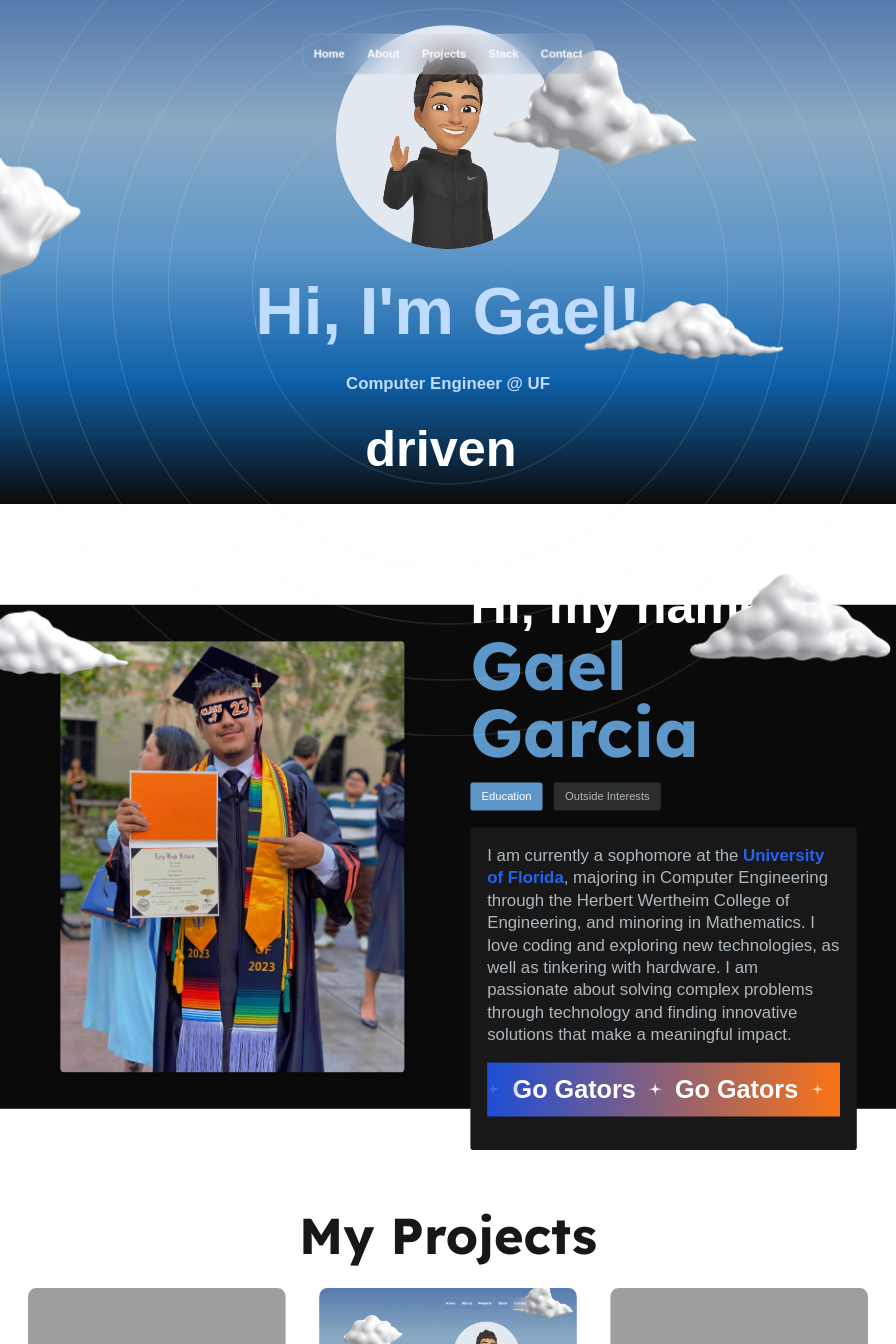
Repository: GG1627/2d-portfolio
Page: /
The author's editor kept a copy of each file at every save. The page is drawn from the files as they stood at one save, then again after the next save.
The browser window is 1280 px wide. The pictures show the part of the page from y = 0 to 1920 px (the page is 5896 px tall), at 70% of full size.
Pictures or frames that could not be fetched are drawn as grey boxes. The project was rebuilt for these pictures with package versions that can differ from the ones it lists, and the page was loaded fresh each time. The framework's server and built-in components were replaced by stand-ins that run in the browser. Also part of the build but not shown: next.config.ts.

Above is the page before, as saved 2025-01-08 15:03:38.

After the next save:
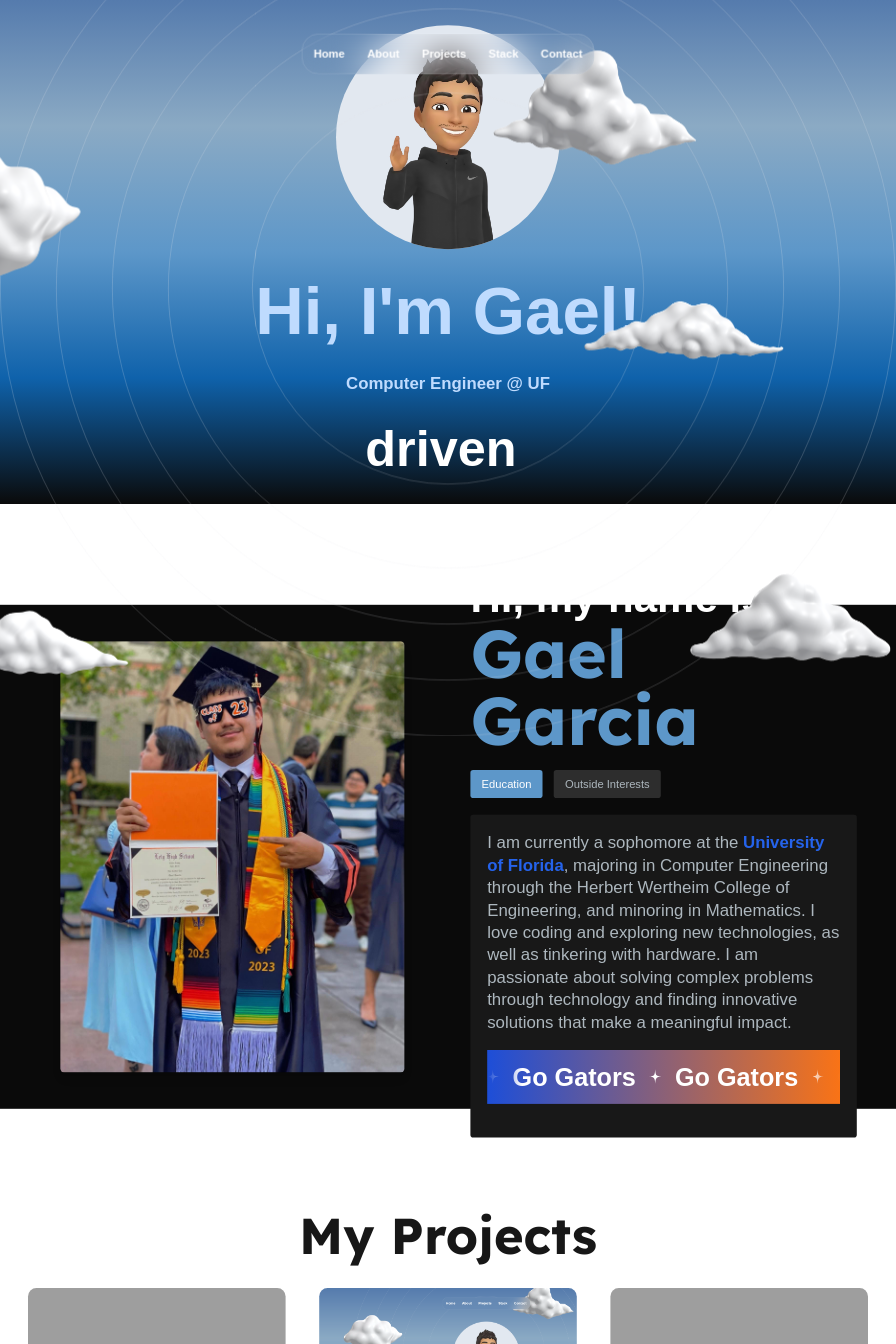
Saved 6 min 38 s later.
--- a/app/sections/About.tsx
+++ b/app/sections/About.tsx
@@ -35,18 +35,15 @@
         />
       </div>
 
-      {/* Right Section: Content */}
       <div className="flex-grow md:basis-1/2 flex flex-col justify-center items-start p-8">
-        {/* Greeting */}
-        <h1 className="text-7xl font-bold mb-6">
-          Hi, my name is
+        <h1 className="text-6xl font-bold mb-6">
+          <span>Hi, my name is</span>
+          <br />
           <span className="text-[#5D97C9] font-lexend text-8xl">
-            {" "}
             Gael Garcia
           </span>
         </h1>
 
-        {/* Tabs */}
         <div className="flex space-x-4 mb-6 ">
           <button
             className={`px-4 py-2 rounded ${
